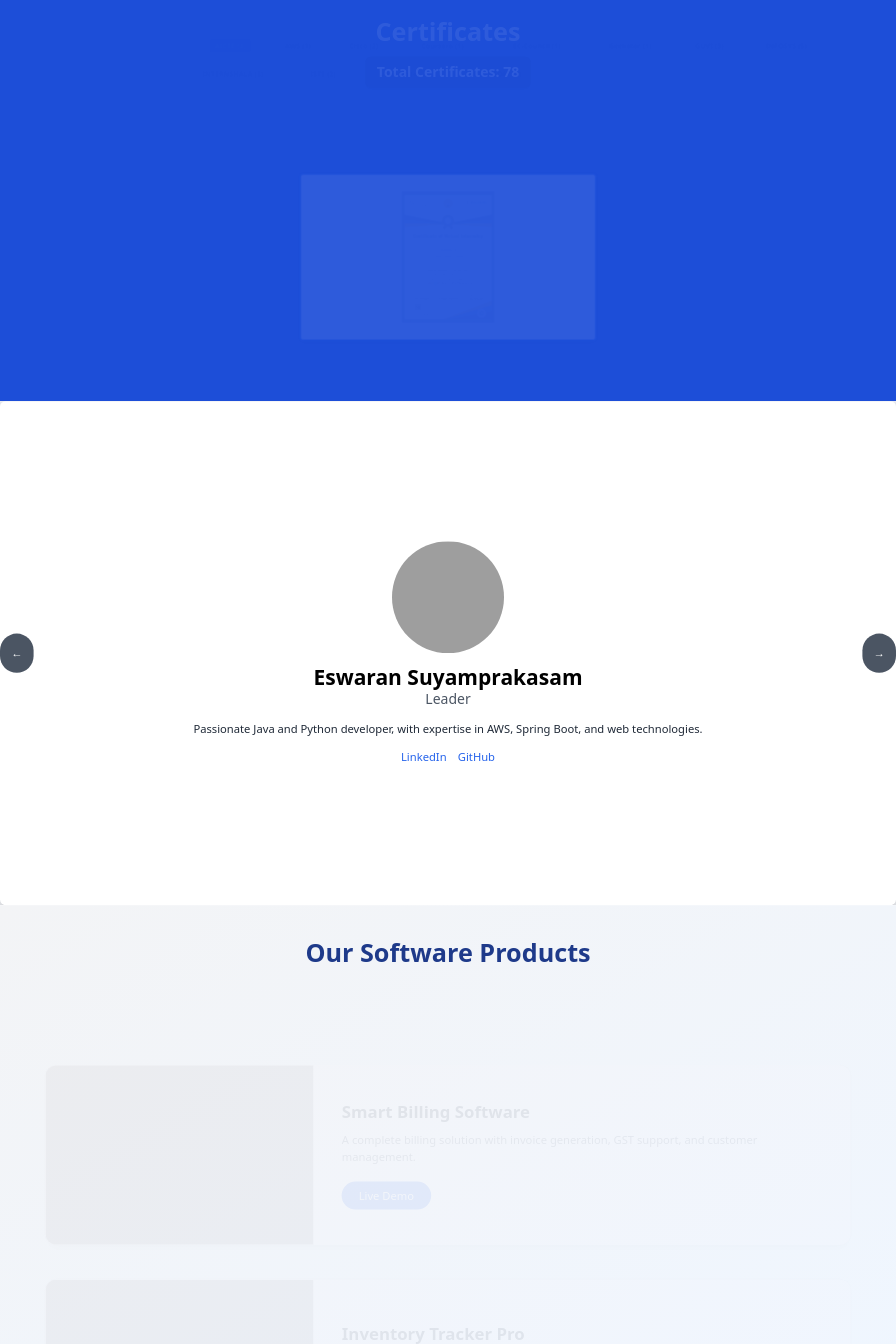
Repository: Rudra-Eswaran/Rudra_Official
Page: /
An editor plug-in stored every save of this project. The page is shown before and after the next save, followed by the edit.
The browser window is 1280 px wide. The pictures show the part of the page from y = 883 to 2803 px (the page is 5488 px tall before and 5548 px after), at 70% of full size.
Pictures or frames that could not be fetched are drawn as grey boxes. Some web libraries are served in a nearby version. The project was rebuilt for these pictures with package versions that can differ from the ones it lists, and the page was loaded fresh each time. Also part of the build but not shown: vite.config.js, src/components/Success.jsx, src/components/Failure.jsx.

Above is the page before, as saved 2025-05-20 11:30:02.

After the next save:
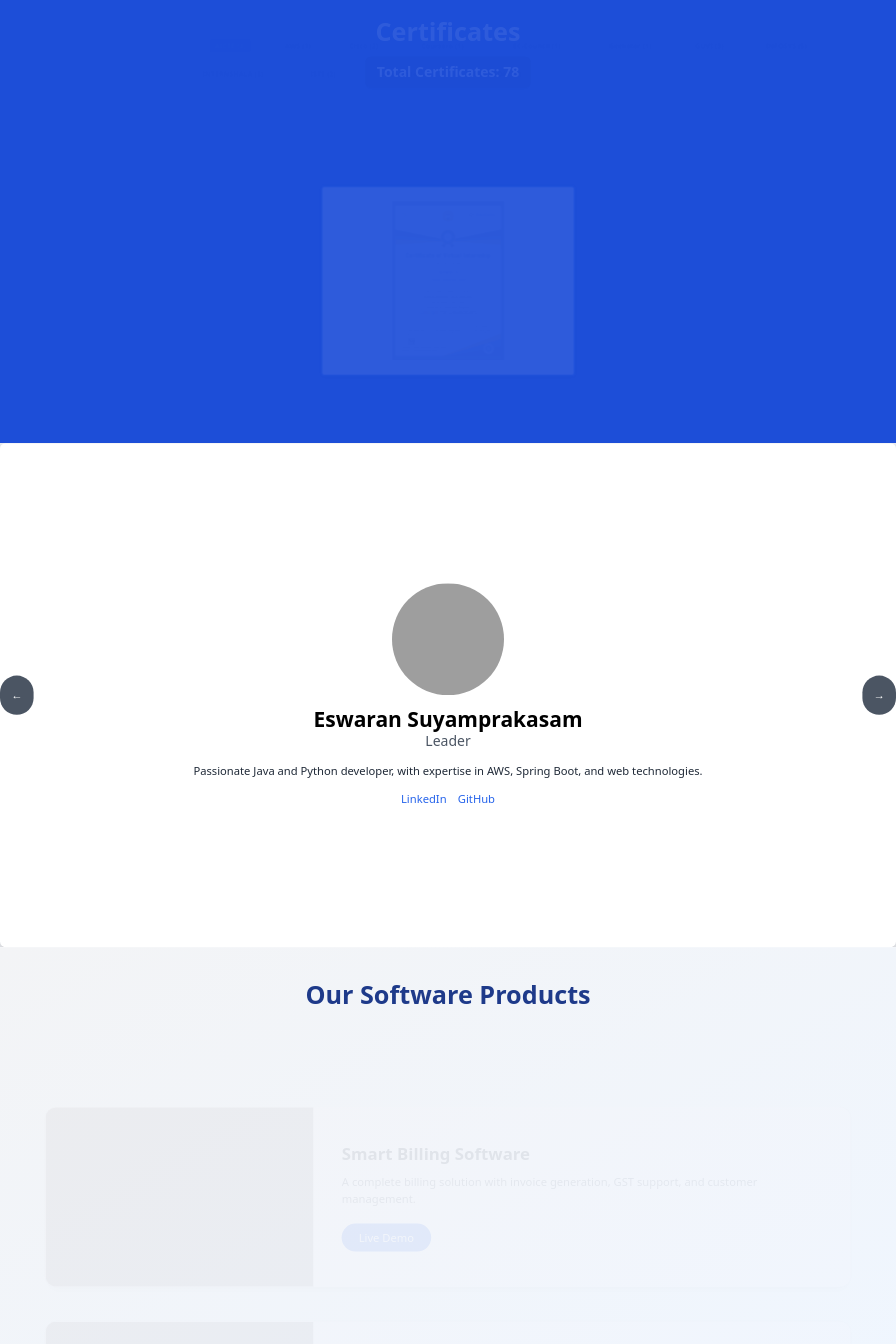
Saved 86 s later.
--- a/src/pages/Certify.jsx
+++ b/src/pages/Certify.jsx
@@ -16,10 +16,14 @@
   const [activeCategory, setActiveCategory] = useState("AICTE");
   const [certificates, setCertificates] = useState([]);
   const [currentIndex, setCurrentIndex] = useState(0);
-  const ref = useRef(null);
 
   useEffect(() => {
-    AOS.init({ duration: 1000, easing: "ease-in-out", once: false });
+    AOS.init({
+      duration: 1000,
+      easing: "ease-in-out",
+      once: false,
+      mirror: true, // Animate when scrolling up/down
+    });
   }, []);
 
   useEffect(() => {
@@ -36,7 +40,7 @@
       }
       setCertificates(images);
       setCurrentIndex(0);
-      AOS.refresh();  // Refresh AOS after images load
+      AOS.refresh(); // Refresh after new content
     };
     loadCertificates();
   }, [activeCategory]);
@@ -51,14 +55,13 @@
 
   return (
     <motion.div
-      ref={ref}
       initial={{ opacity: 0, y: 50 }}
       animate={{ opacity: 1, y: 0 }}
       transition={{ duration: 0.8, ease: "easeOut" }}
-      className="w-full h-[calc(100vh-4rem)] flex flex-col items-center justify-center bg-blue-700 text-white p-4"
+      className="w-full min-h-[calc(100vh-4rem)] flex flex-col items-center justify-center bg-blue-700 text-white p-4"
     >
       <h2
-        className="text-3xl md:text-4xl font-bold mb-4 text-center text-white"
+        className="text-3xl md:text-4xl font-bold mb-4 text-center"
         data-aos="fade-up"
       >
         Certificates
@@ -73,16 +76,16 @@
       </div>
 
       <div
-        className="w-full flex justify-center flex-wrap gap-2 max-w-5xl mb-4"
+        className="w-full flex flex-wrap justify-center gap-2 max-w-5xl mb-6"
         data-aos="fade-left"
       >
         {Object.keys(certificateMap).map((category, idx) => (
           <button
             key={category}
-            className={`px-3 py-1 text-sm md:text-base font-semibold rounded-lg transition duration-300 ${
+            className={`px-3 py-1 text-xs sm:text-sm md:text-base font-semibold rounded-lg transition duration-300 ${
               activeCategory === category
                 ? "bg-blue-600 text-white"
-                : "bg-white text-black hover:bg-blue-500"
+                : "bg-white text-black hover:bg-blue-500 hover:text-white"
             }`}
             onClick={() => setActiveCategory(category)}
             data-aos="zoom-in"
@@ -94,7 +97,7 @@
       </div>
 
       <div
-        className="relative w-full max-w-2xl aspect-w-4 aspect-h-3 bg-white rounded-lg shadow-lg flex justify-center items-center overflow-hidden border-4 border-blue-600 p-6"
+        className="relative w-full max-w-xl aspect-[4/3] bg-white rounded-lg shadow-lg flex justify-center items-center overflow-hidden border-4 border-blue-600 p-4"
         data-aos="zoom-in"
         data-aos-delay="300"
       >
@@ -102,8 +105,8 @@
           <motion.img
             key={currentIndex}
             src={certificates[currentIndex]}
-            alt={`Certificate ${currentIndex}`}
-            className="w-full h-full object-contain"
+            alt={`Certificate ${currentIndex + 1}`}
+            className="w-full h-full object-contain rounded"
             initial={{ opacity: 0, scale: 0.9 }}
             animate={{ opacity: 1, scale: 1 }}
             exit={{ opacity: 0, scale: 0.9 }}
@@ -111,7 +114,7 @@
             data-aos="fade-up"
           />
         ) : (
-          <p className="text-center text-blue-900 text-xl" data-aos="fade-up">
+          <p className="text-center text-blue-900 text-lg" data-aos="fade-up">
             No certificates available.
           </p>
         )}
